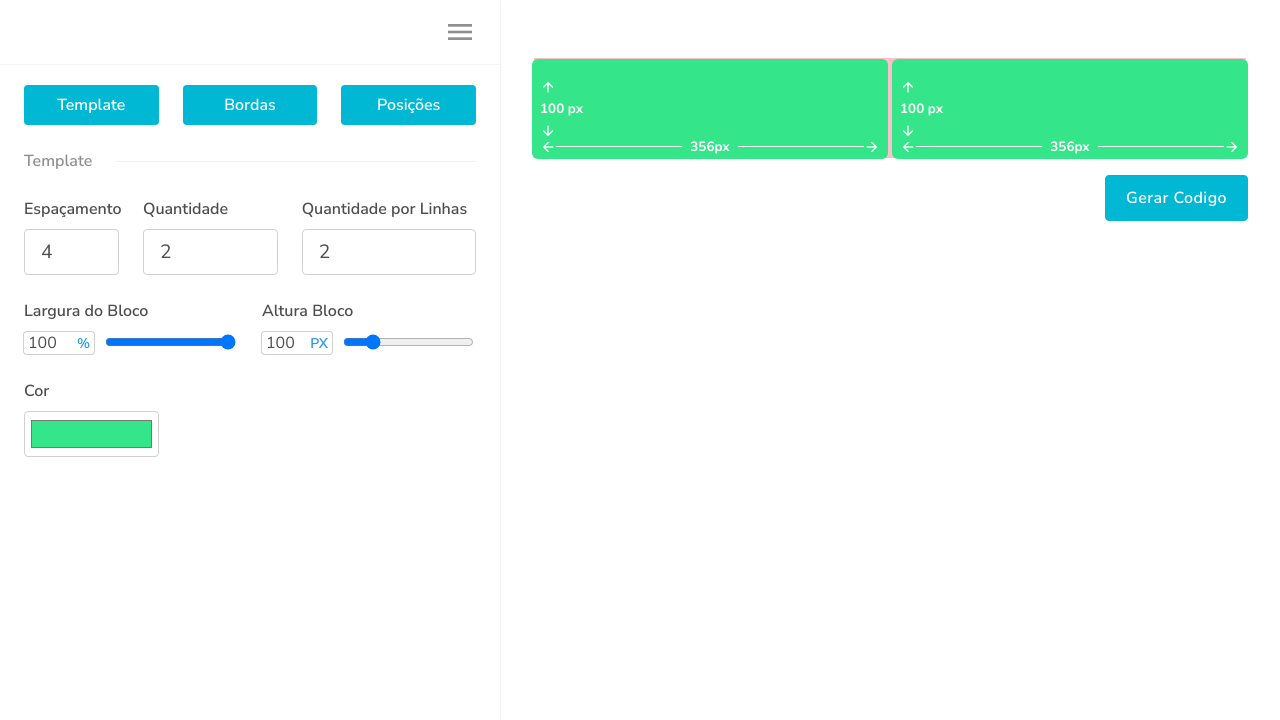
Repository: Flintdl/lowcode-elements
Page: /
These files come from the project's save history. The page is drawn as it stood at one moment and after the next save; the edit follows.
The browser window is 1280 px wide. The pictures show the whole page.
The project was rebuilt for these pictures with package versions that can differ from the ones it lists, and the page was loaded fresh each time. Also part of the build but not shown: vue.config.js.

Above is the page before, as saved 2022-04-06 13:58:19.

### src/assets/scss/_variables.scss
// Primarys Colors
$standardTextColor: #4d4d4d;

$primaryColor: #8e6dff;
$secondaryColor: #009997;
$buttonDisableColor: #9c9c9c;
$buttonDisableBgColor: #7676764d;

// Menu Colors

$bgMenuColor: #1d1d1d;
$linkMenuColor: #7b8089;
$iconMenuColor: #2a2a2a;
$borderMenuColor: #323232;

// Botão Colors

$btnPrimary: #00b8d4;
$btnPrimaryHover: #0085b0;

// Generics Colors

$whiteColor: #ffffff;
$mutedColor: #8f8f8f;
$cardColor: #f3f4f7;
$cardColorLight: #f9fafc;
$cardColorLightTwo: #f1f5fc;
$greyLight: #d1d1d1;

// Dropdown Colors

$dropdownHeaderColor: #5f5f5f;
$dropdownColor: #ebffff;

// State Colors

$successColor: #3dc661;
$dangerColor: #e7515a;
$warningColor: #e2a03f;
$infoColor: #2196f3;
$defaultColor: #172b4d;
$lightColor: #e0e0e0;

### src/views/HomeView.vue
<template>
  <div>
    <div class="sf-row">
      <div
        id="sf-preview-code-content"
        class="sf-col-12 sf-mx-auto sf-position-relative"
      >
        <div id="sf-preview-code">
          <div class="sf-row">
            <div
              :class="[
                'sf-col-12 sf-text-center sf-display-flex sf-flex-wrap',
                'sf-justify-content-' + checkValue,
              ]"
            >
              <span
                v-bind:key="linha"
                :style="widthProps1"
                class="sf-display-block sf-position-relative"
                v-for="linha of Number(quantidadeLinha)"
              >
                <div :style="widthProps" class="sf-position-absolute">1</div>
              </span>
            </div>
          </div>
          <div
            :style="gapProps"
            :class="[
              'sf-display-flex sf-flex-wrap sf-width-100',
              'sf-justify-content-' + checkValue,
            ]"
          >
            <DivGrid
              v-bind:key="n"
              v-for="n of quantidade"
              :tamanho="String(valor)"
              :altura="String(valorHeight)"
              :cssDefinido="cssProps"
              class="sf-position-relative"
            />
          </div>
        </div>
      </div>
      <div class="sf-col-12 sf-mt-3 sf-display-flex sf-justify-content-end">
        <button class="sf-btn sf-btn-primary" @click="gerarCodigo">
          Gerar Codigo
        </button>
      </div>
    </div>
    <div class="sf-row" v-if="htmlPreviewCode">
      <div class="sf-col-12 sf-mx-auto sf-mt-5 sf-code-content">
        <div class="sf-bg-code sf-p-4 sf-border-radius">
          <code>
            <span class="sf-text-info">Código do Preview</span> <br />
            {{ htmlPreviewCode }}
          </code>
        </div>
      </div>
    </div>
  </div>
</template>

<script>
// @ is an alias to /src

import DivGrid from "@/components/templates/DivGrid.vue";

export default {
  name: "HomeView",
  data: function () {
    return {
      htmlPreviewCode: null,
      gridLinhas: null,
    };
  },
  components: {
    DivGrid,
  },
  props: {
    valor: String,
    inputGap: String,
    quantidade: Number,
    valorHeight: String,
    quantidadeLinha: String,
    inputBorderRadius: String,
    checkValue: String,
    inputColor: String,
    inputBorder: String,
    inputBorderColor: String,
    inputBorderTipo: String,
  },
  computed: {
    cssProps() {
      return {
        width: `calc((${this.valor}% - ${this.inputGap}px * ${
          this.quantidadeLinha - "1"
        }) / ${this.quantidadeLinha})`,
        height: this.valorHeight + "px",
        "border-radius": this.inputBorderRadius + "px",
        "background-color": this.inputColor,
        border:
          this.inputBorder +
          "px" +
          " " +
          this.inputBorderTipo +
          " " +
          this.inputBorderColor,
      };
    },
    gapProps() {
      return {
        gap: this.inputGap + "px",
      };
    },
    widthProps1() {
      return {
        width: `calc((${this.valor}% - ${this.inputGap}px * ${
          this.quantidadeLinha - "1"
        }) / ${this.quantidadeLinha})`,
      };
    },
    widthProps() {
      return {
        height: this.valorHeight + "px",
        "background-color": "pink",
        left: "0px",
        width: "100%",
      };
    },
  },
  methods: {
    gerarCodigo() {
      this.htmlPreviewCode =
        document.getElementById("sf-preview-code").innerHTML;
    },
  },
};
</script>

<style>
#sf-grid-template:after {
  content: "";
  width: 100%;
  height: 150%;
  top: -25%;
  background-color: #ff008c0a;
  border: 1px solid rgba(255, 0, 140, 0.103);
  border-left: 2px solid #ff008c38;
  border-right: 2px solid #ff008c38;
  position: absolute;
}
</style>

### src/components/templates/InputGapTemplate.vue
<template>
  <div class="sf-col-3 sf-form-group">
    <label class="sf-label">Espaçamento</label>
    <input
      type="number"
      min="1"
      max="12"
      value="2"
      id="inputGap"
      v-model="valor"
      class="filter-states sf-text-capitalize"
      placeholder="Quantidade de Blocos"
    />
  </div>
</template>

<script>
export default {
  props: {
    valorInput: String,
  },
  computed: {
    valor: {
      get() {
        var inp = this.valorInput;
        return inp;
      },
      set(valorInput) {
        this.$emit("callback", valorInput);
      },
    },
  },
};
</script>

<style></style>

### src/components/templates/InputQuantidadeTemplate.vue
<template>
  <div class="sf-col-4 sf-form-group">
    <label class="sf-label">Quantidade</label>
    <input
      type="number"
      value="1"
      id="inputQuantidade"
      v-model="valor"
      class="filter-states sf-text-capitalize"
      placeholder="Quantidade de Blocos"
    />
  </div>
</template>

<script>
export default {
  props: {
    valorInput: String,
  },
  computed: {
    valor: {
      get() {
        var inp = this.valorInput;
        return inp;
      },
      set(valorInput) {
        this.$emit("callback", valorInput);
      },
    },
  },
};
</script>

<style></style>

### src/components/templates/InputQuantLinhasTemplate.vue
<template>
  <div class="sf-col-5 sf-form-group">
    <label class="sf-label">Quantidade por Linhas</label>
    <input
      type="number"
      min="1"
      max="12"
      value="1"
      id="inputQuantidadeLinha"
      v-model="valor"
      class="filter-states sf-text-capitalize"
      placeholder="Quantidade Linha"
    />
  </div>
</template>

<script>
export default {
  props: {
    valorInput: String,
  },
  computed: {
    valor: {
      get() {
        var inp = this.valorInput;
        return inp;
      },
      set(valorInput) {
        this.$emit("callback", valorInput);
      },
    },
  },
};
</script>

<style></style>

### src/components/templates/InputLarguraBloco.vue
<template>
  <div class="sf-col-6 sf-form-group">
    <label class="sf-label">Largura do Bloco</label>
    <div class="sf-input-group">
      <div
        class="sf-input-group-append sf-display-flex sf-justify-content-center"
      >
        <div
          class="sf-display-flex sf-align-items-center sf-justify-content-center sf-border-left-0 sf-border-radius sf-border-radius-left-0 sf-pr-2 sf-text-info sf-font-weight-bold sf-min-80-px"
        >
          <div class="sf-input-group">
            <input
              type="number"
              value="1"
              min="1"
              max="100"
              v-model="valor"
              class="sf-text-md sf-height-fit-content sf-pr-0 sf-pl-1 sf-border-right-0 sf-border-radius-right-0 sf-text-capitalize"
              placeholder="Curva da Borda"
            />
            <div
              class="sf-input-group-append sf-display-flex sf-justify-content-center"
            >
              <div
                class="sf-display-flex sf-align-items-center sf-border sf-justify-content-center sf-border-left-0 sf-border-radius sf-border-radius-left-0 sf-pr-1 sf-text-info sf-font-weight-bold sf-text-sm"
              >
                %
              </div>
            </div>
          </div>
        </div>
      </div>
      <input
        type="range"
        min="10"
        max="100"
        value="10"
        id="inputRange"
        v-model="valor"
        class="sf-px-0 sf-border-right-0 sf-border-radius-right-0 sf-text-capitalize"
      />
    </div>
  </div>
</template>

<script>
export default {
  props: {
    valorInput: String,
  },
  computed: {
    valor: {
      get() {
        var inp = this.valorInput;
        return inp;
      },
      set(valorInput) {
        this.$emit("callback", valorInput);
      },
    },
  },
};
</script>

<style></style>

### src/components/templates/InputAlturaBloco.vue
<template>
  <div class="sf-col-6 sf-form-group">
    <label class="sf-label">Altura Bloco</label>
    <div class="sf-input-group">
      <div
        class="sf-input-group-append sf-display-flex sf-justify-content-center"
      >
        <div
          class="sf-display-flex sf-align-items-center sf-justify-content-center sf-border-left-0 sf-border-radius sf-border-radius-left-0 sf-pr-2 sf-text-info sf-font-weight-bold sf-min-80-px"
        >
          <div class="sf-input-group">
            <input
              type="number"
              value="1"
              min="1"
              max="500"
              v-model="valor"
              class="sf-text-md sf-height-fit-content sf-pr-0 sf-pl-1 sf-border-right-0 sf-border-radius-right-0 sf-text-capitalize"
              placeholder="Curva da Borda"
            />
            <div
              class="sf-input-group-append sf-display-flex sf-justify-content-center"
            >
              <div
                class="sf-display-flex sf-align-items-center sf-border sf-justify-content-center sf-border-left-0 sf-border-radius sf-border-radius-left-0 sf-pr-1 sf-text-info sf-font-weight-bold sf-text-sm"
              >
                PX
              </div>
            </div>
          </div>
        </div>
      </div>
      <input
        type="range"
        min="10"
        max="500"
        id="valorHeight"
        v-model="valor"
        class="sf-px-0 sf-border-right-0 sf-border-radius-right-0 sf-text-capitalize"
      />
    </div>
  </div>
</template>

<script>
export default {
  props: {
    valorInput: String,
  },
  computed: {
    valor: {
      get() {
        var inp = this.valorInput;
        return inp;
      },
      set(valorInput) {
        this.$emit("callback", valorInput);
      },
    },
  },
};
</script>

<style></style>

### src/components/templates/InputBorderRadiusBloco.vue
<template>
  <div class="sf-col-6 sf-form-group">
    <label class="sf-label">Curva da Borda</label>
    <div class="sf-input-group">
      <div
        class="sf-input-group-append sf-display-flex sf-justify-content-center"
      >
        <div
          class="sf-display-flex sf-align-items-center sf-justify-content-center sf-border-left-0 sf-border-radius sf-border-radius-left-0 sf-pr-2 sf-text-info sf-font-weight-bold sf-min-80-px"
        >
          <div class="sf-input-group">
            <input
              type="number"
              value="1"
              min="1"
              max="50"
              v-model="valor"
              class="sf-text-md sf-height-fit-content sf-pr-0 sf-pl-1 sf-border-right-0 sf-border-radius-right-0 sf-text-capitalize"
              placeholder="Curva da Borda"
            />
            <div
              class="sf-input-group-append sf-display-flex sf-justify-content-center"
            >
              <div
                class="sf-display-flex sf-align-items-center sf-border sf-justify-content-center sf-border-left-0 sf-border-radius sf-border-radius-left-0 sf-pr-1 sf-text-info sf-font-weight-bold sf-text-sm"
              >
                PX
              </div>
            </div>
          </div>
        </div>
      </div>
      <input
        type="range"
        value="1"
        min="1"
        max="50"
        id="inputBorderRadius"
        v-model="valor"
        class="sf-px-0 sf-border-right-0 sf-border-radius-right-0 sf-text-capitalize"
        placeholder="Curva da Borda"
      />
    </div>
  </div>
</template>

<script>
export default {
  props: {
    valorInput: String,
  },
  computed: {
    valor: {
      get() {
        var inp = this.valorInput;
        return inp;
      },
      set(valorInput) {
        this.$emit("callback", valorInput);
      },
    },
  },
};
</script>

<style></style>

### src/components/templates/InputBorderBloco.vue
<template>
  <div class="sf-col-6 sf-form-group">
    <label class="sf-label">Tamanho da Borda</label>
    <div class="sf-input-group">
      <div
        class="sf-input-group-append sf-display-flex sf-justify-content-center"
      >
        <div
          class="sf-display-flex sf-align-items-center sf-justify-content-center sf-border-left-0 sf-border-radius sf-border-radius-left-0 sf-pr-2 sf-text-info sf-font-weight-bold sf-min-80-px"
        >
          <div class="sf-input-group">
            <input
              type="number"
              value="1"
              min="1"
              max="50"
              v-model="valor"
              class="sf-text-md sf-height-fit-content sf-pr-0 sf-pl-1 sf-border-right-0 sf-border-radius-right-0 sf-text-capitalize"
              placeholder="Curva da Borda"
            />
            <div
              class="sf-input-group-append sf-display-flex sf-justify-content-center"
            >
              <div
                class="sf-display-flex sf-align-items-center sf-border sf-justify-content-center sf-border-left-0 sf-border-radius sf-border-radius-left-0 sf-pr-1 sf-text-info sf-font-weight-bold sf-text-sm"
              >
                PX
              </div>
            </div>
          </div>
        </div>
      </div>
      <input
        type="range"
        value="1"
        min="0"
        max="24"
        id="inputBorder"
        v-model="valor"
        class="sf-px-0 sf-border-right-0 sf-border-radius-right-0 sf-text-capitalize"
        placeholder="Curva da Borda"
      />
    </div>
  </div>
</template>

<script>
export default {
  props: {
    valorInput: String,
  },
  computed: {
    valor: {
      get() {
        var inp = this.valorInput;
        return inp;
      },
      set(valorInput) {
        this.$emit("callback", valorInput);
      },
    },
  },
};
</script>

<style></style>

### src/components/templates/InputPosicaoBloco.vue
<template>
  <div class="sf-row">
    <div class="sf-col-12 sf-form-group">
      <span
        class="sf-text-md sf-font-weight-bold sf-text-muted sf-display-flex sf-align-items-center"
      >
        Posições
        <hr class="sf-width-100 sf-ml-4" />
      </span>
    </div>
    <div class="sf-col-auto sf-form-group">
      <input
        id="start"
        type="radio"
        name="positionDivs"
        v-model="valor"
        value="start"
        checked
      />
      <label for="start"> Esquerda</label>
    </div>

    <div class="sf-col-auto sf-form-group">
      <input
        type="radio"
        id="center"
        name="positionDivs"
        v-model="valor"
        value="center"
      />
      <label for="center"> Centro</label>
    </div>

    <div class="sf-col-auto sf-form-group">
      <input
        type="radio"
        id="end"
        name="positionDivs"
        v-model="valor"
        value="end"
      />
      <label for="end"> Final</label>
    </div>
    <div class="sf-col-auto sf-form-group">
      <input
        type="radio"
        id="between"
        name="positionDivs"
        v-model="valor"
        value="between"
      />
      <label for="between"> Laterais</label>
    </div>
    <div class="sf-col-auto sf-form-group">
      <input
        type="radio"
        id="around"
        name="positionDivs"
        v-model="valor"
        value="around"
      />
      <label for="around"> Meio</label>
    </div>
  </div>
</template>

<script>
export default {
  props: {
    valorInput: String,
  },
  computed: {
    valor: {
      get() {
        var inp = this.valorInput;
        return inp;
      },
      set(valorInput) {
        this.$emit("callback", valorInput);
      },
    },
  },
};
</script>

<style></style>

### src/components/templates/InputBorderCorBloco.vue
<template>
  <div class="sf-col sf-form-group">
    <label class="sf-label">Cor</label>
    <input
      type="color"
      id="inputBorderColor"
      v-model="valor"
      class="sf-p-1 sf-text-capitalize"
      placeholder="Quantidade de Blocos"
    />
  </div>
</template>

<script>
export default {
  props: {
    valorInput: String,
  },
  computed: {
    valor: {
      get() {
        var inp = this.valorInput;
        return inp;
      },
      set(valorInput) {
        this.$emit("callback", valorInput);
      },
    },
  },
};
</script>

<style></style>

### src/components/templates/InputBorderTipoBloco.vue
<template>
  <div class="sf-col-10 sf-form-group">
    <label class="sf-label">Tipo de Borda</label>
    <select
      id="inputBorderTipo"
      v-model="control"
      :items="items"
      @change="onSelectType"
      class="sf-text-capitalize"
    >
      <option
        v-bind:key="item.value"
        :value="item.value"
        :disabled="!item.value"
        v-for="item of items"
      >
        {{ item.label }}
      </option>
    </select>
  </div>
</template>

<script>
export default {
  props: {
    valorInput: String,
  },
  data: () => {
    return {
      items: [
        { label: "Solid", value: "solid" },
        { label: "Dashed", value: "dashed" },
      ],
    };
  },
  computed: {
    control: {
      get() {
        return this.valorInput;
      },
      set(valorInput) {
        this.$emit("callback", valorInput);
      },
    },
  },
  methods: {
    onSelectType(event) {
      this.$emit("change", event);
    },
  },
};
</script>

<style></style>

### src/components/templates/DivGrid.vue
<template>
  <div
    class="sf-position-relative sf-overflow-hidden"
    :style="cssDefinido"
    ref="container"
  >
    <div
      class="sf-height-position sf-position-absolute sf-display-flex sf-flex-column sf-px-2"
    >
      <i
        class="mdi mdi-arrow-up sf-text-md sf-text-white sf-dropdown-action"
      ></i>
      <span class="sf-text-white sf-font-weight-extra-bold sf-text-center">
        {{ altura }}
        px
      </span>
      <i
        class="mdi mdi-arrow-down sf-text-md sf-text-white sf-dropdown-action"
      ></i>
    </div>
    <div
      class="sf-width-position sf-width-100 sf-position-absolute sf-display-flex sf-align-items-center sf-px-2"
    >
      <i
        class="mdi mdi-arrow-left sf-text-md sf-text-white sf-dropdown-action"
      ></i>
      <hr class="sf-width-100 sf-mr-2" />
      <span class="sf-text-white sf-font-weight-extra-bold sf-text-center">
        {{ larguraPixel }}px
      </span>
      <hr class="sf-width-100 sf-ml-2" />
      <i
        class="mdi mdi-arrow-right sf-text-md sf-text-white sf-dropdown-action"
      ></i>
    </div>
  </div>
</template>

<script>
export default {
  data() {
    return {
      larguraPixel: null,
    };
  },
  mounted() {
    this.larguraPixel = this.$refs.container?.offsetWidth;
  },

  props: {
    cssDefinido: Object,
    tamanho: String,
    altura: String,
  },
  created() {
    this.$watch("tamanho", () => {
      this.larguraPixel = this.$refs.container?.offsetWidth;
    });
  },
};
</script>

<style lang="scss" scoped>
.sf-height-position,
.sf-width-position {
  font-size: 1.4ch;
}
.sf-height-position {
  transform: translateY(-50%);
  left: 0;
  top: 50%;
}
.sf-width-position {
  transform: translateX(-50%);
  bottom: 0;
  left: 50%;
}
</style>

Loaded but not shown: public/index.html (common file); src/main.js (common file); src/App.vue (common file); src/registerServiceWorker.js (common file); src/router/index.js (common file); src/assets/scss/materialdesignicons.scss (9 lines, source omitted); src/assets/scss/style.scss (4102 lines, source omitted); src/components/Menu/MenuTemplate.vue (297 lines, source omitted); src/assets/scss/menu.scss (402 lines, source omitted); src/assets/scss/standard.scss (381 lines, source omitted)

After the next save:
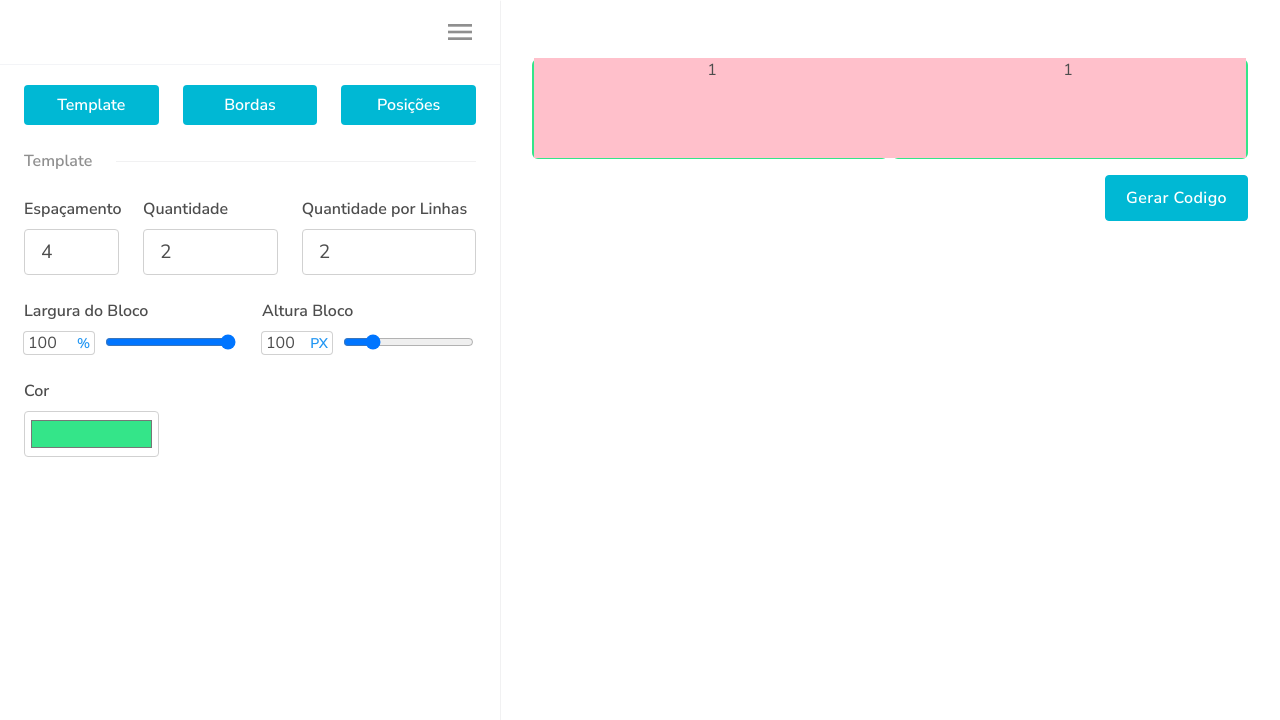
Saved 14 s later.
--- a/src/views/HomeView.vue
+++ b/src/views/HomeView.vue
@@ -123,6 +123,7 @@ export default {
       return {
         height: this.valorHeight + "px",
         "background-color": "pink",
+        "z-index": 500,
         left: "0px",
         width: "100%",
       };
